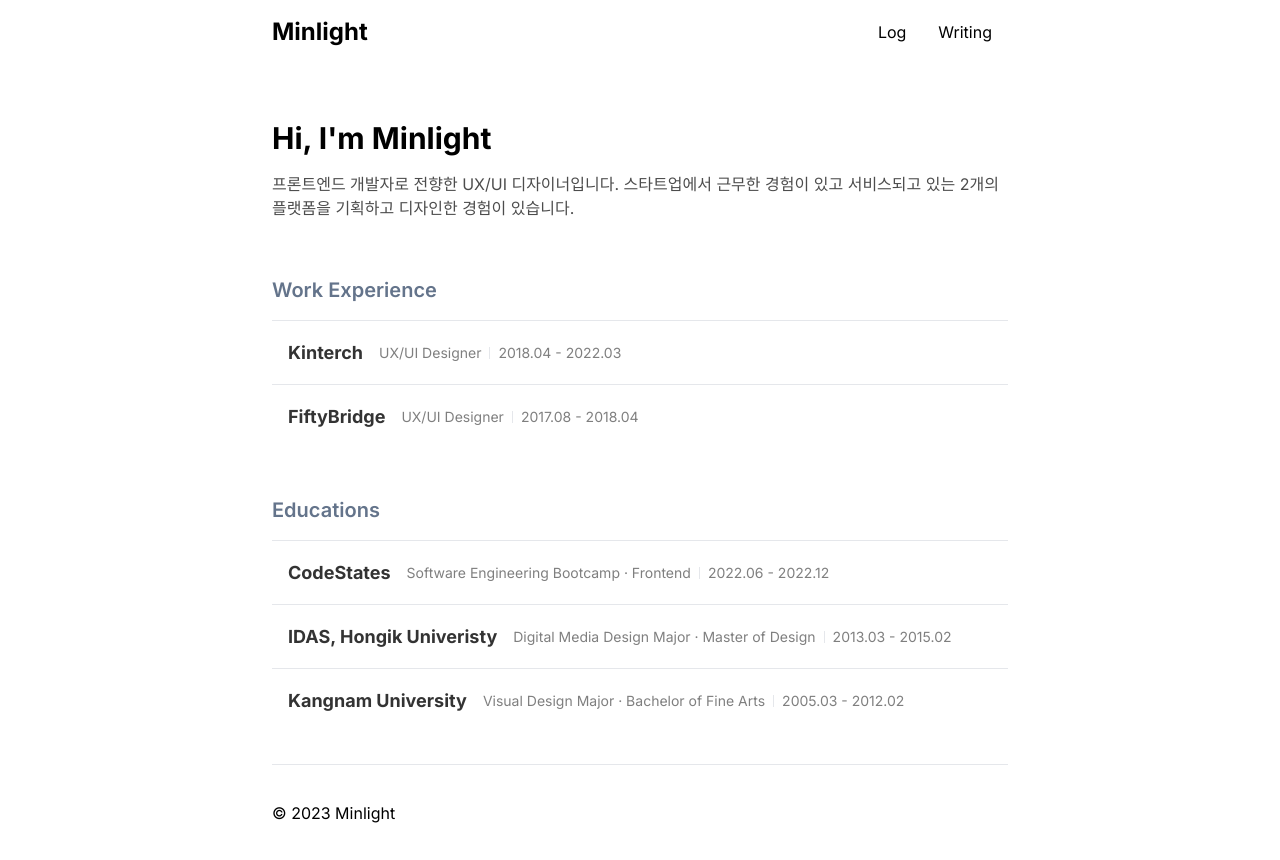
Repository: kwngmin/minlight-log
Page: /
These files come from the project's save history. The page is drawn as it stood at one moment and after the next save; the edit follows.
The browser window is 1280 px wide. The pictures show the whole page.
The project was rebuilt for these pictures with package versions that can differ from the ones it lists, and the page was loaded fresh each time. The framework's server and built-in components were replaced by stand-ins that run in the browser. Also part of the build but not shown: next.config.js.

Above is the page before, as saved 2023-04-04 16:37:42.

After the next save:
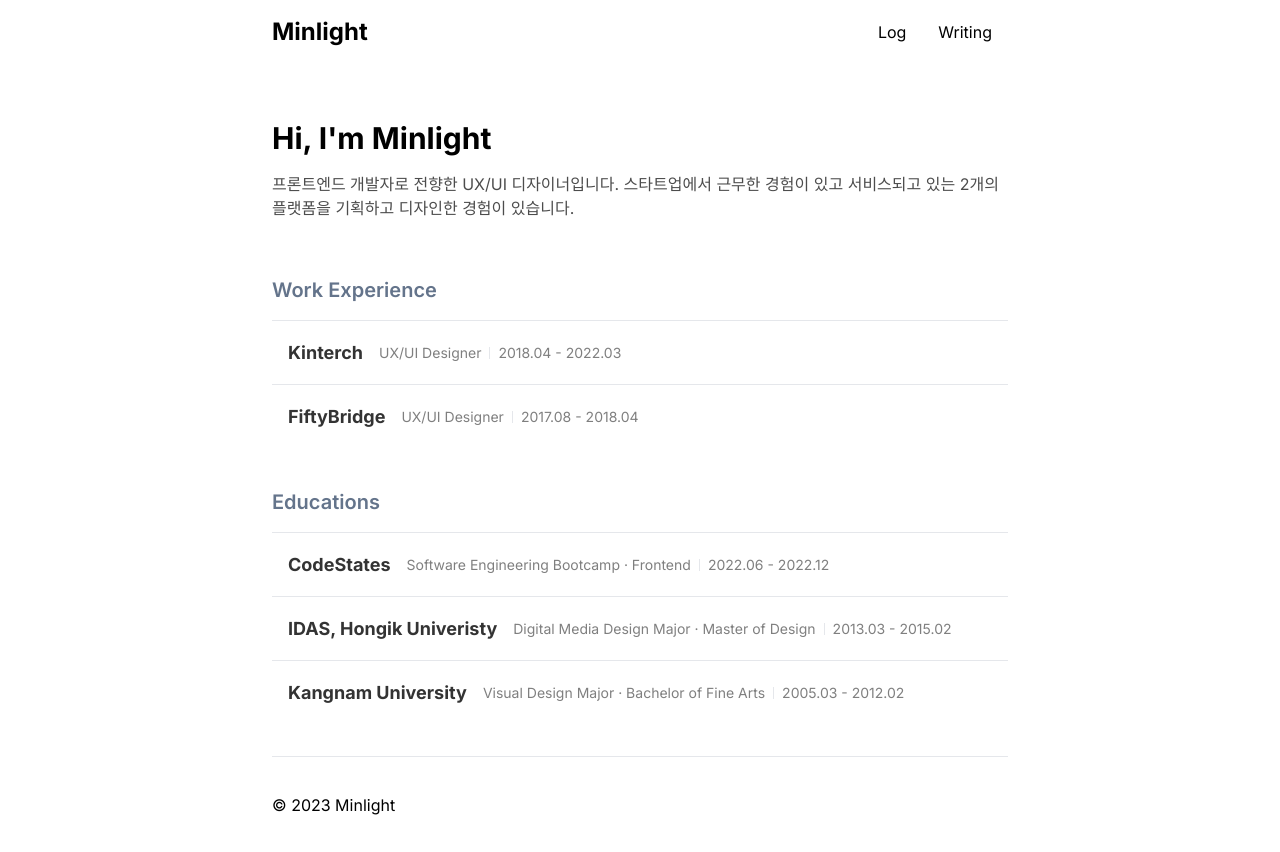
Saved 5 s later.
--- a/src/app/page.tsx
+++ b/src/app/page.tsx
@@ -42,7 +42,7 @@ export default function Home() {
   return (
     <section>
       <Title titleData={titleData} />
-      <div className="flex flex-col gap-12">
+      <div className="flex flex-col gap-10">
         <Table tableData={careerData} subject="Work Experience" />
         <Table tableData={educateData} subject="Educations" />
       </div>
